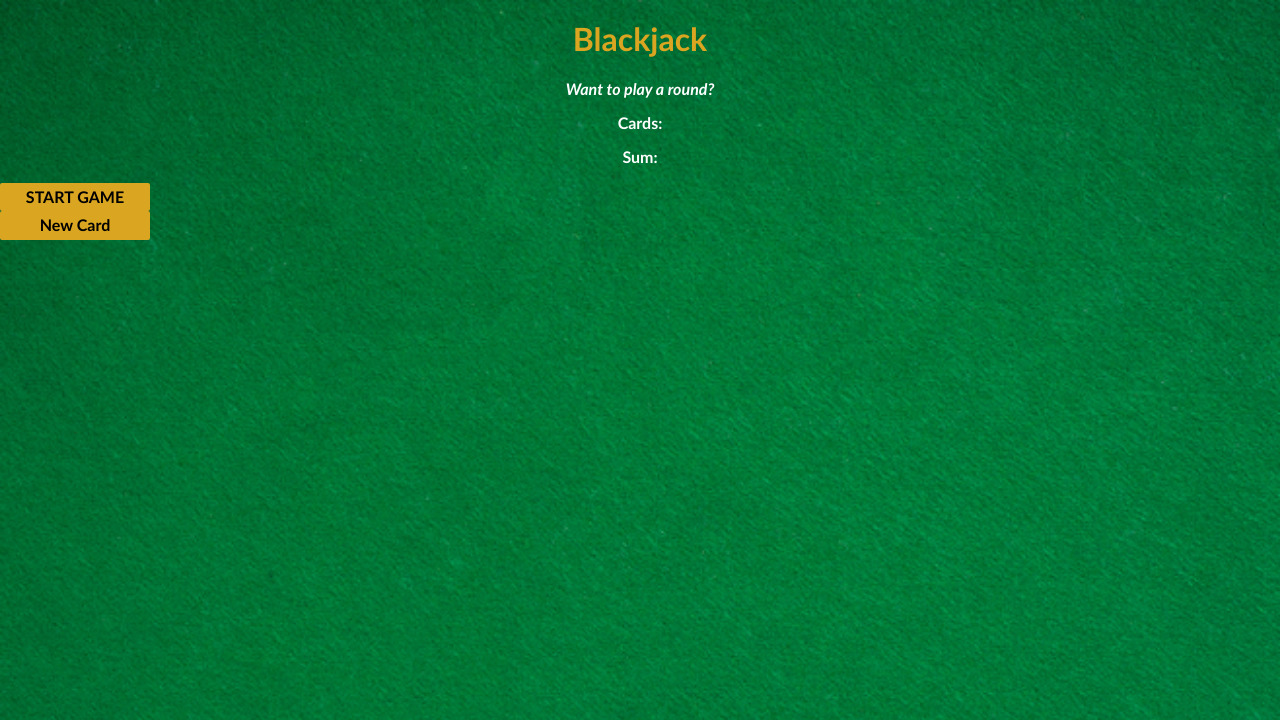
Repository: jt010051/JavaScriptBlackJack
Page: index.html
The author's editor kept a copy of each file at every save. The page is drawn from the files as they stood at one save, then again after the next save.
The browser window is 1280 px wide. The pictures show the whole page.

Above is the page before, as saved 2022-02-26 18:35:20.

After the next save:
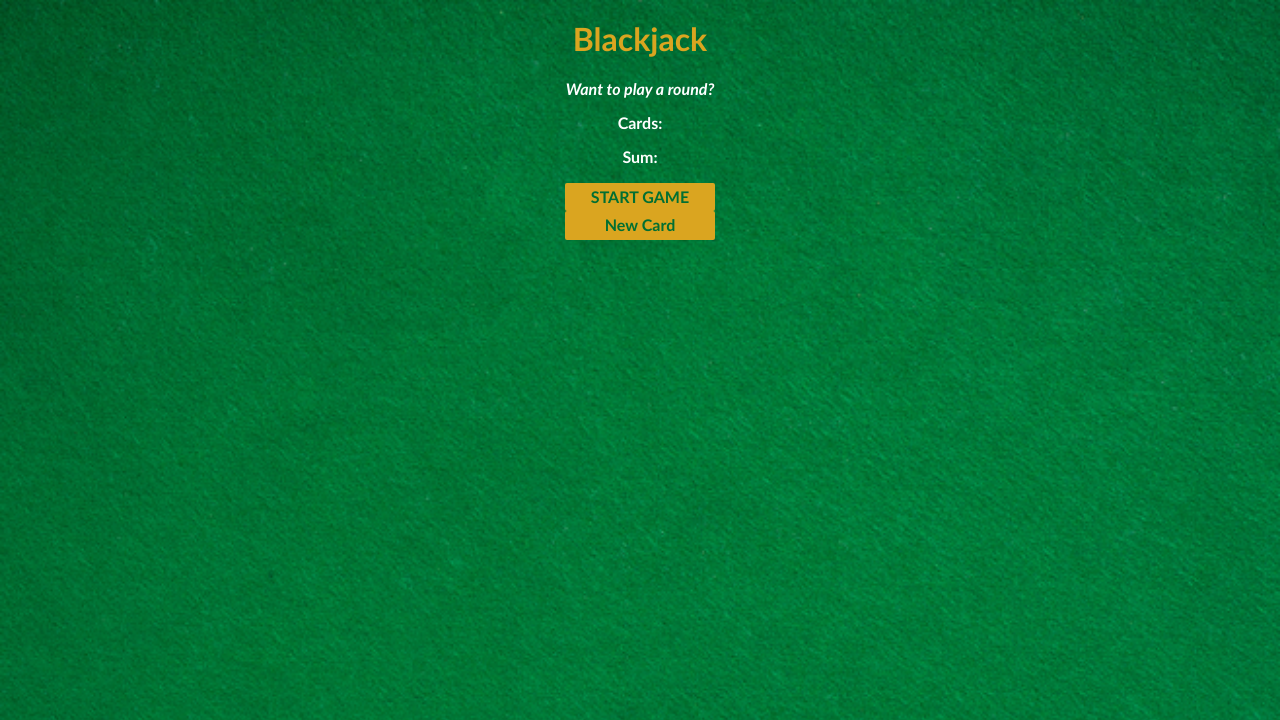
Saved 4 s later.
--- a/index.css
+++ b/index.css
@@ -20,7 +20,7 @@ h1 {
 }
 button {
         display: block;
-        margin: 0 auto.
+        margin: 0 auto;
     color: #016f32;
     width: 150px;
     background: goldenrod;
